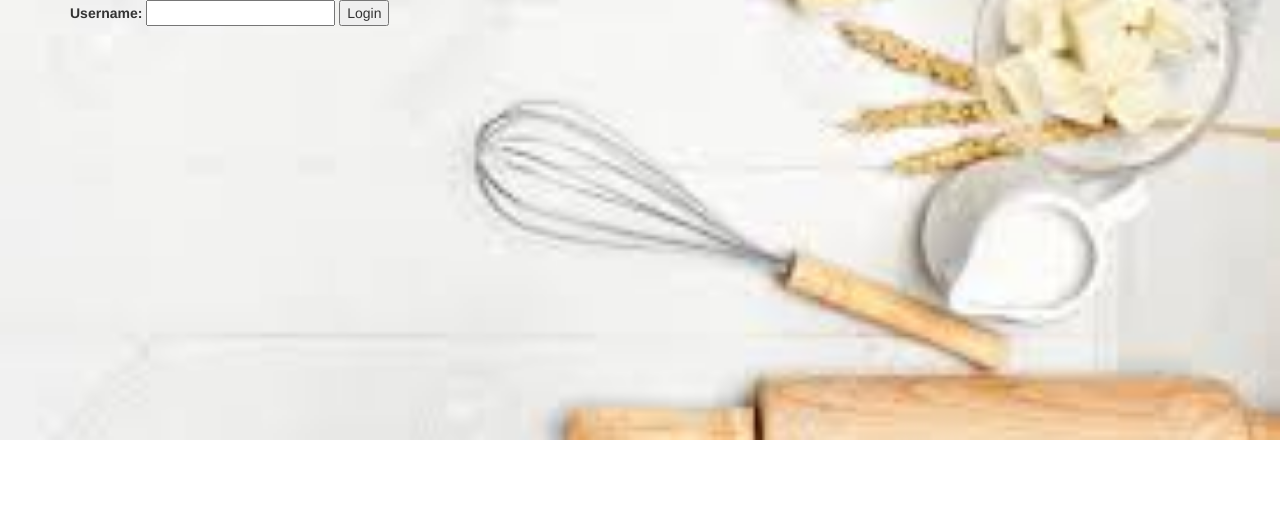
Repository: atena123/COOK-BOOK
Page: http://localhost/
The author's editor kept a record of every edit. The page is drawn from the files as they stood at one moment, then again after the next edit.
The browser window is 1280 px wide. The pictures show the whole page.
The page is served by the project's application, run on Flask 3 (app.py).

Above is the page before.

### templates/login.html
<!DOCTYPE html>
<html>
    <head>
        <title>COOK BOOK</title>
        <link rel="stylesheet" href="https://maxcdn.bootstrapcdn.com/bootstrap/3.3.7/css/bootstrap.min.css" type="text/css" />
        <link rel="stylesheet" href="{{url_for('static', filename='css/style.css')}}" type="text/css"/>
        <link rel="stylesheet" href="{{url_for('static', filename='images/cooking-tools.jpg')}}" type="text/css"/>
    </head>
    <body>
        <div class="container">
        <form method="POST">
            <label for="username">Username:</label>
            <input type="text" id="username" name="username">
            <button>Login</button>
        </form>
        </div>
        <script src="https://code.jquery.com/jquery-3.3.1.min.js" integrity="sha256-FgpCb/KJQlLNfOu91ta32o/NMZxltwRo8QtmkMRdAu8=" crossorigin="anonymous"></script>
        <script src="https://maxcdn.bootstrapcdn.com/bootstrap/3.3.7/js/bootstrap.min.js" integrity="sha384-Tc5IQib027qvyjSMfHjOMaLkfuWVxZxUPnCJA7l2mCWNIpG9mGCD8wGNIcPD7Txa" crossorigin="anonymous"></script>
    </body>
</html>

### app.py
import os
from flask import Flask, render_template, redirect, request, url_for, session
from flask_pymongo import PyMongo
from bson.objectid import ObjectId

app = Flask(__name__)
app.secret_key = "cookbook321"

app.config["MONGO_DBNAME"] ='cook_book'
app.config["MONGO_URI"] = 'mongodb+srv://AnetA:AnetA2@myfirstcluster-sfmlq.mongodb.net/cook_book?retryWrites=true&w=majority'

mongo = PyMongo(app)

#--------------------Login Page------------------------------


@app.route('/', methods = ["GET", "POST"])
def login():

  if request.method == "POST":
    session["username"] = request.form["username"]

  if "username" in session:
    return redirect(session["username"])

  return render_template('login.html')

@app.route('/<username>')
def user(username):
  return render_template('recipes.html')


#--------------------------Find Recipes Page------------------


@app.route('/find_recipes')
def find_recipes():
  return render_template("recipes.html", recipes=mongo.db.recipes.find())


#--------------------------Add Recipes Page-------------------


@app.route('/add_recipe')
def add_recipe():
  return render_template('addrecipe.html', categories=mongo.db.categories.find())


#-------Enable To Add Recipe and Redirect To Recipe Page------


@app.route('/insert_recipe', methods=['POST'])
def insert_recipe():
  recipes=mongo.db.recipes
  recipes.insert_one(request.form.to_dict())
  return redirect(url_for('find_recipes'))


#----------------Enable To View Particular Recipe--------------


@app.route('/view_recipe/<recipe_id>')
def view_recipe(recipe_id):
  my_recipe =  mongo.db.recipes.find_one({"_id": ObjectId(recipe_id)})
  return render_template('viewrecipe.html', recipe=my_recipe)


#--------------Enable To Edit Particular Recipe----------------


@app.route('/edit_recipe/<recipe_id>')
def edit_recipe(recipe_id):
  this_recipe = mongo.db.recipes.find_one({"_id": ObjectId(recipe_id)})
  all_categories = mongo.db.categories.find()
  all_cusines = mongo.db.cusines.find()
  return render_template('editrecipe.html', recipe=this_recipe,
                            categories=all_categories, cusines=all_cusines)


#-----Enable To Update Recipe And Redirect To Recipe Page-------


@app.route('/update_recipe/<recipe_id>', methods= ['POST'])
def update_recipe(recipe_id):
  recipes=mongo.db.recipes
  recipes.update({"_id": ObjectId(recipe_id)},

  {
    'category_name': request.form.get('category_name'),
    'recipe_name': request.form.get('recipe_name'),
    'recipe_ingredients': request.form.get('recipe_ingredients'),
    'recipe_method': request.form.get('recipe_method'),
    'recipe_description': request.form.get('recipe_description'),
    'preparation_time': request.form.get('preparation_time'),
    'recipe_servings': request.form.get('recipe_servings'),
    'cusine_name': request.form.get('cusine_name'),
    'cooking_time': request.form.get('cooking_time')
  })

  return redirect(url_for('find_recipes'))


#----------------Enable To Delete Particular Recipe--------------


@app.route('/delete_recipe/<recipe_id>')
def delete_recipe(recipe_id):
  mongo.db.recipes.remove({'_id': ObjectId(recipe_id)})
  return redirect(url_for('find_recipes'))







#-------------------Find Categories Page------------------------


@app.route('/find_categories')
def find_categories():
  return render_template('categories.html', categories=mongo.db.categories.find())


#------------------------Add Category Page------------------------


@app.route('/new_category')
def new_category():
  return render_template('addcategory.html')


#-------Enable To Add Category And Redirect To Categories Page-----


@app.route('/add_category', methods=['POST'])
def add_category():
  my_category = {'category_name': request.form.get('category_name')}
  mongo.db.categories.insert_one(my_category)
  return redirect(url_for('find_categories'))


#-------------------Edit Category Page---------------------------


@app.route('/edit_category/<category_id>')
def edit_category(category_id):
  return render_template('editcategory.html', category=mongo.db.categories.find_one({'_id': ObjectId(category_id)}))


#----Enable To Update Category And Redirect To Categories Page----


@app.route('/update_category/<category_id>', methods=['POST'])
def update_category(category_id):
  mongo.db.categories.update({'_id': ObjectId(category_id)}, {'category_name': request.form.get('category_name')})
  return redirect(url_for('find_categories'))


#--------------------Enable To Delete Category----------------------


@app.route('/delete_category/<category_id>')
def delete_category(category_id):
  mongo.db.categories.remove({'_id': ObjectId(category_id)})
  return redirect(url_for('find_categories'))



if __name__ == '__main__':
  app.run(host=os.environ.get('IP'),
  port=int(os.environ.get('PORT')),
  debug=True)

### static/css/style.css
body {
    background: url("../images/cooking-tools.jpg");
    background-position: center;
    background-repeat: no-repeat;
    background-size: cover;
    position: relative;
}


h3, h6 {
    text-align: center;
}

h1 {
    text-align: center;
    margin-top: 200px;
}

.login-form {
    text-align: center;
    padding-top: 20px;
}

/*------------------------View Page-----------------------*/

.heading {
    text-align: center;
}

.large-heading {
    font-size: 20px;
    padding-top: 20px;
}

.small-headings {
    padding-top: 20px;
}

/*-------------------------Small Buttons--------------------*/

.button {
    height: 24px;
    width: 80px;
    line-height: 24px;
    margin: 6px 6px;
    padding: 0 0.5em;

}

.small-buttons {
    text-align: right;
}

.view-button, .edit-button {
    background-color: #5DADE2;
}

.view-button:hover, .edit-button:hover {
    background-color: #2E86C1;
    color: white;
}

.remove-button {
    background-color: #EC7063;
}

.remove-button:hover {
    background-color: #CB4335;
    color: white;
}




/*-------------------------Big Buttons---------------*/



.add_recipe_button,
.update_recipe_button {
    text-align: center;
}

.edit_recipe_button {
    text-align: center;
    padding-top: 35px;
}



/*-------------------------Navbar-------------------------*/
.navbar {
    margin: 0;
    padding: 0;
}

.bg-color-navbar {
    background-color: #CD853F;
    height: 65px;
}

.navbar-default .navbar-brand {
    color: #F1EEEC;
    padding-top: 25px;
    font-size: 22px;
    transition: color 0.7s ease-in-out;
    -o-transition: color 0.7s ease-in-out;
    -moz-transition: color 0.7s ease-in-out;
    -webkit-transition: color 0.7s ease-in-out;
}


.navbar-default .navbar-brand:hover {
    color: #3B3B3A;
}


.navbar-default .navbar-nav>li>a {
    color: #F1EEEC;
    padding-top: 25px;
    transition: color 0.7s ease-in-out;
    -o-transition: color 0.7s ease-in-out;
    -moz-transition: color 0.7s ease-in-out;
    -webkit-transition: color 0.7s ease-in-out;
 }


.navbar-default .navbar-nav>li>a:hover {
    color: #3B3B3A;
}

After the next edit:
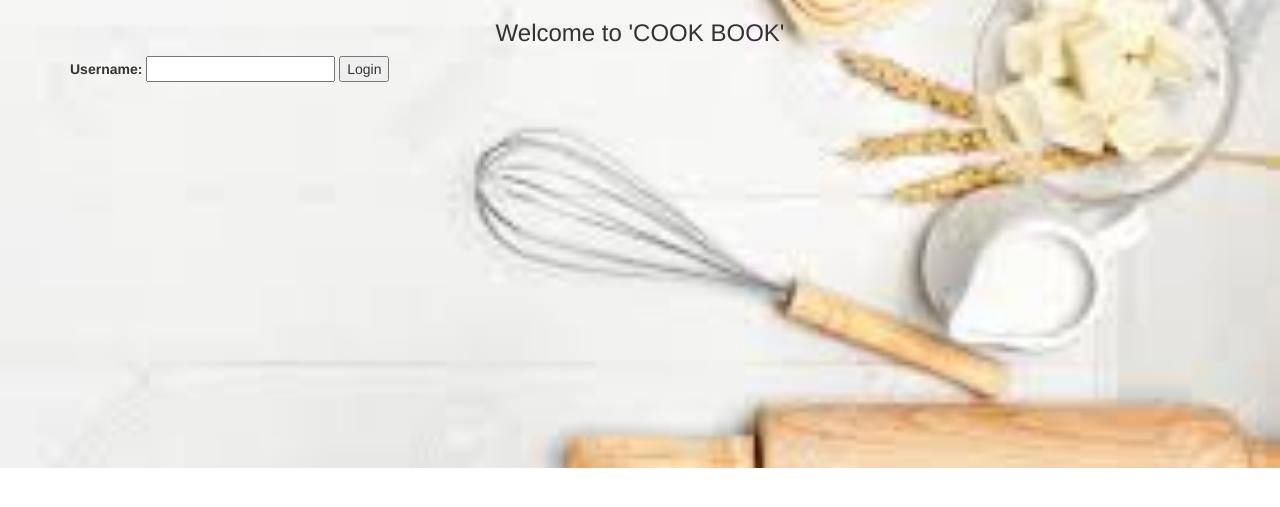
The edit:
--- a/templates/login.html
+++ b/templates/login.html
@@ -8,11 +8,12 @@
     </head>
     <body>
         <div class="container">
-        <form method="POST">
-            <label for="username">Username:</label>
-            <input type="text" id="username" name="username">
-            <button>Login</button>
-        </form>
+            <h3>Welcome to 'COOK BOOK'</h3>
+                <form method="POST">
+                    <label for="username">Username:</label>
+                    <input type="text" id="username" name="username">
+                    <button>Login</button>
+                </form>
         </div>
         <script src="https://code.jquery.com/jquery-3.3.1.min.js" integrity="sha256-FgpCb/KJQlLNfOu91ta32o/NMZxltwRo8QtmkMRdAu8=" crossorigin="anonymous"></script>
         <script src="https://maxcdn.bootstrapcdn.com/bootstrap/3.3.7/js/bootstrap.min.js" integrity="sha384-Tc5IQib027qvyjSMfHjOMaLkfuWVxZxUPnCJA7l2mCWNIpG9mGCD8wGNIcPD7Txa" crossorigin="anonymous"></script>
